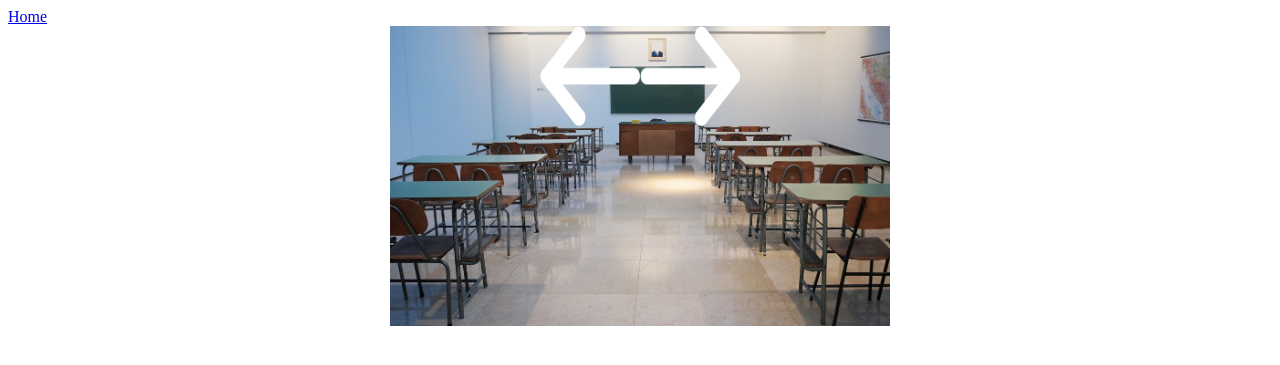
Repository: jjennbui/class8
Page: /carouselPage
The author's editor kept a copy of each file at every save. The page is drawn from the files as they stood at one save, then again after a run of saves.
The browser window is 1280 px wide. The pictures show the whole page.
The project was rebuilt for these pictures with package versions that can differ from the ones it lists, and the page was loaded fresh each time. The framework's server and built-in components were replaced by stand-ins that run in the browser. Also part of the build but not shown: next.config.js.

Above is the page before, as saved 2023-02-20 18:25:03.

After the next 6 saves:
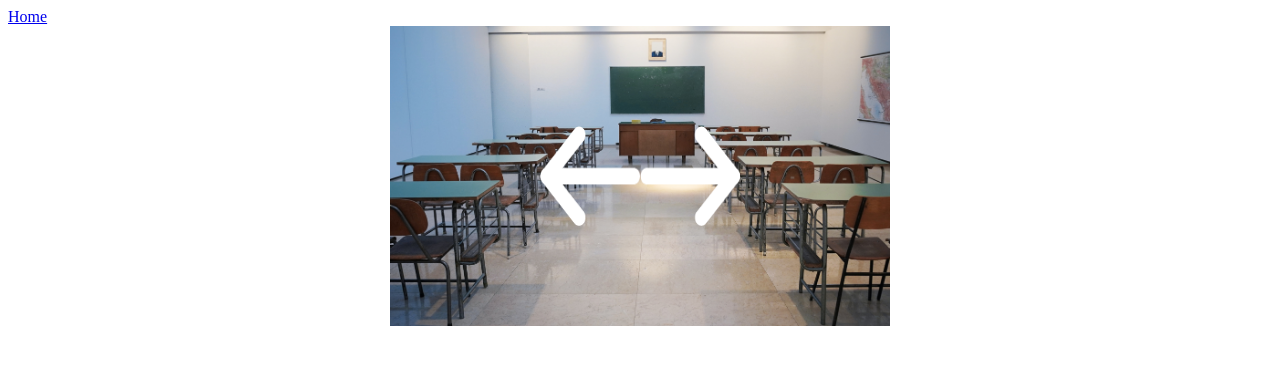
The 6 saves are shown as one change because they came seconds apart.
The last was saved 67 s later.
--- a/components/carousel/carousel.module.css
+++ b/components/carousel/carousel.module.css
@@ -1,6 +1,8 @@
 .btn{
     display: flex;
     justify-content: center;
+    position: relative;
+    top: 100px;
 
 }
 
